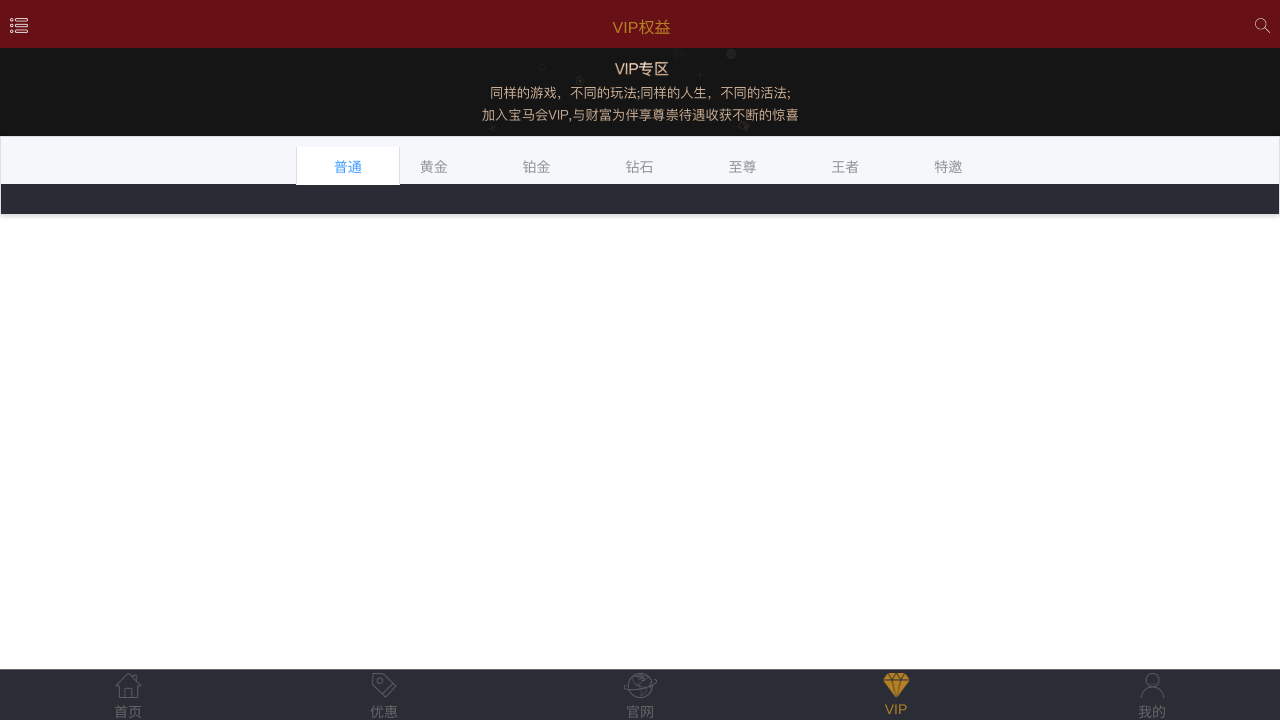
Repository: ada6688/IntegralMall
Page: /Vip
The author's editor kept a copy of each file at every save. The page is drawn from the files as they stood at one save, then again after the next save.
The browser window is 1280 px wide. The pictures show the whole page.
The project was rebuilt for these pictures with package versions that can differ from the ones it lists, and the page was loaded fresh each time. Also part of the build but not shown: src/components/common/Topnav.vue, src/components/page/notice.vue, src/components/page/MainNav.vue, src/components/page/Member.vue, src/components/page/Youhui.vue.

Above is the page before, as saved 2020-01-01 17:13:53.

After the next save:
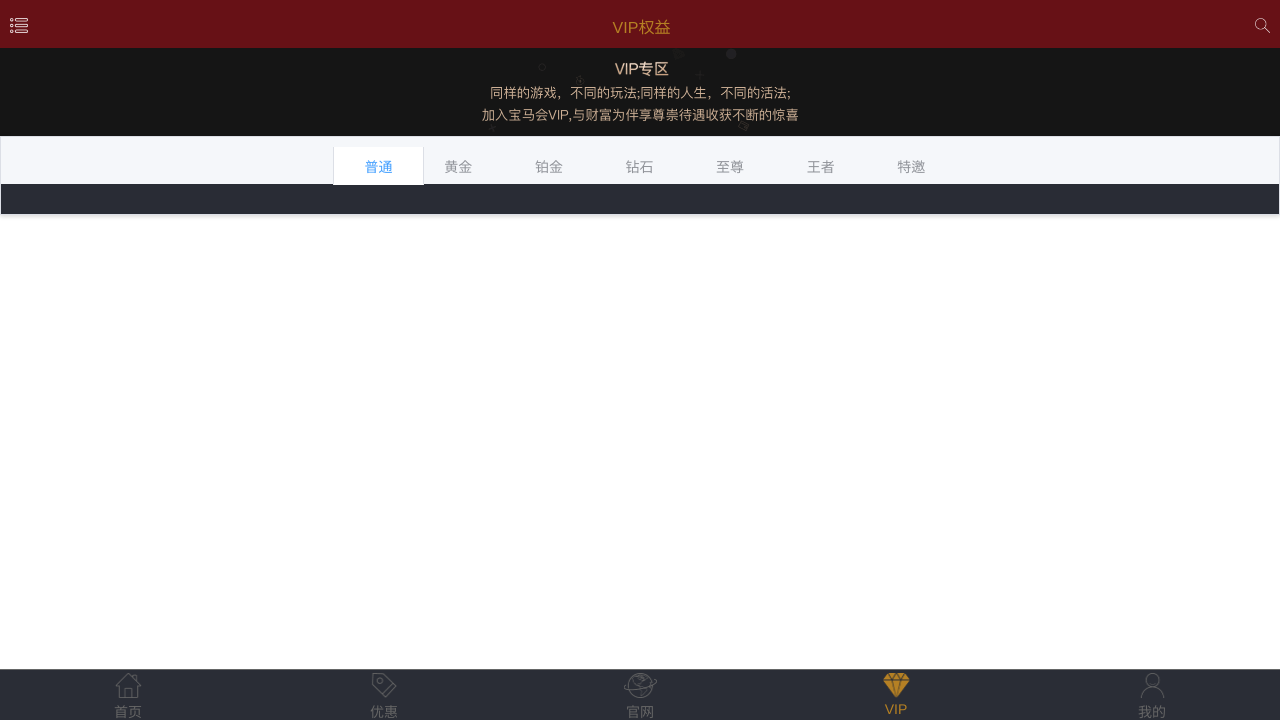
Saved 8 min 9 s later.
--- a/src/components/page/Vip.vue
+++ b/src/components/page/Vip.vue
@@ -83,6 +83,6 @@ export default {
   background: #292C35;
 }
 .el-tabs--border-card>.el-tabs__header .el-tabs__item,.el-tabs--top.el-tabs--border-card>.el-tabs__header .el-tabs__item:nth-child(2),.el-tabs--top.el-tabs--border-card>.el-tabs__header .el-tabs__item:last-child{
-  padding: 0 3.12%;
+  padding: 0 2.6%;
 }
 </style>
